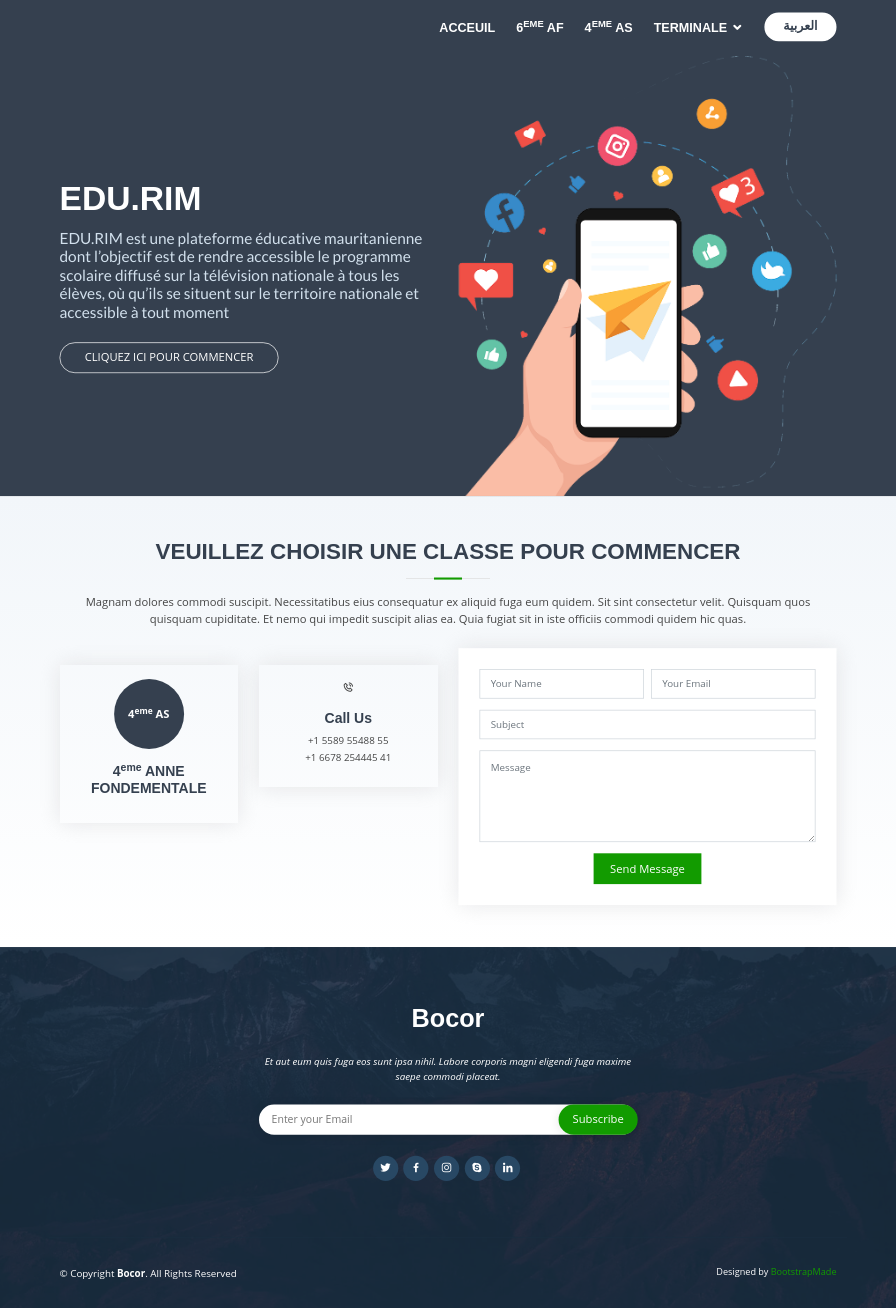
Repository: athiemohamed/courat
Page: http://localhost/
These files come from the project's save history. The page is drawn as it stood at one moment and after the next save; the edit follows.
The browser window is 1280 px wide. The pictures show the whole page, at 70% of full size.
Some web fonts or font styles are not loaded; a fallback is used. The page is run by PHP 8.4 with error messages shown; the project is at /var/www/html/. Other server files are loaded and not shown.

Above is the page before, as saved 2020-03-26 13:19:57.

### assets/css/style.css
/*--------------------------------------------------------------
# General
--------------------------------------------------------------*/
body {
  font-family: "Open Sans", sans-serif;
  color: #444444;
}

a {
  color: #129b00;
}

a:hover {
  color: #129b00;
  text-decoration: none;
}

h1, h2, h3, h4, h5, h6 {
  font-family: "Raleway", sans-serif;
}

/*--------------------------------------------------------------
# Back to top button
--------------------------------------------------------------*/
.back-to-top {
  position: fixed;
  display: none;
  width: 40px;
  height: 40px;
  border-radius: 50px;
  right: 15px;
  bottom: 15px;
  background: #129b00;
  color: #fff;
  transition: display 0.5s ease-in-out;
  z-index: 99999;
  transition: all ease-in-out 0.3s;
}

.back-to-top i {
  font-size: 24px;
  position: absolute;
  top: 8px;
  left: 8px;
}

.back-to-top:hover {
  color: #fff;
  background: #129b00;
}

/*--------------------------------------------------------------
# Header
--------------------------------------------------------------*/
#header {
  height: 80px;
  transition: all 0.5s;
  z-index: 997;
  transition: all 0.5s;
  padding: 16px 0;
  background: #35404f;
}

#header .logo h1 {
  font-size: 24px;
  margin: 0;
  padding: 10px 0;
  line-height: 1;
  font-weight: 700;
  letter-spacing: 3px;
  text-transform: uppercase;
  font-family: "Poppins", sans-serif;
}

#header .logo h1 a, #header .logo h1 a:hover {
  color: #fff;
  text-decoration: none;
}

#header .logo h1 a span, #header .logo h1 a:hover span {
  color: #129b00;
}

#header .logo img {
  padding: 0;
  margin: 0;
  max-height: 40px;
}

/*--------------------------------------------------------------
# Navigation Menu
--------------------------------------------------------------*/
/* Desktop Navigation */
.nav-menu, .nav-menu * {
  margin: 0;
  padding: 0;
  list-style: none;
}

.nav-menu > ul > li {
  position: relative;
  white-space: nowrap;
  float: left;
}

.nav-menu ul {
  border-radius: 6px;
}

.nav-menu a {
  display: block;
  position: relative;
  color: #fff;
  font-weight: bold;
  padding: 10px 15px;
  transition: 0.3s;
  font-size: 18px;
  font-family: 'Cairo', sans-serif;
  font-weight: bold;
}

.nav-menu a:hover, .nav-menu .active > a, .nav-menu li:hover > a {
  color: #fff;
  text-decoration: none;
}

.nav-menu .get-started a {
  background: #fff;
  font-size: 18px;
  font-family: 'Cairo', sans-serif;
  color: #35404f;
  border-radius: 50px;
  margin: 2px 0 0 15px;
  padding: 4px 25px 6px 25px;
  border: 2px solid #fff;
}

.nav-menu .get-started a:hover {
  background: #35404f;
  color: #fff;
  border: 1px solid #fff;
}

.nav-menu .drop-down ul {
  display: block;
  position: absolute;
  left: 0;
  top: calc(100% - 30px);
  z-index: 99;
  opacity: 0;
  visibility: hidden;
  padding: 10px 0;
  background: #fff;
  box-shadow: 0px 0px 30px rgba(127, 137, 161, 0.25);
  transition: ease all 0.3s;
}

.nav-menu .drop-down:hover > ul {
  opacity: 1;
  top: 100%;
  visibility: visible;
}

.nav-menu .drop-down li {
  min-width: 180px;
  position: relative;
}

.nav-menu .drop-down ul a {
  padding: 10px 20px;
  font-size: 14px;
  font-weight: 500;
  text-transform: none;
  color: #35404f;
}

.nav-menu .drop-down ul a:hover, .nav-menu .drop-down ul .active > a, .nav-menu .drop-down ul li:hover > a {
  color: #129b00;
}

.nav-menu .drop-down > a:after {
  content: "\ea99";
  font-family: IcoFont;
  padding-left: 5px;
}

.nav-menu .drop-down .drop-down ul {
  top: 0;
  left: calc(100% - 30px);
}

.nav-menu .drop-down .drop-down:hover > ul {
  opacity: 1;
  top: 0;
  left: 100%;
}

.nav-menu .drop-down .drop-down > a {
  padding-right: 35px;
}

.nav-menu .drop-down .drop-down > a:after {
  content: "\eaa0";
  font-family: IcoFont;
  position: absolute;
  right: 15px;
}

@media (max-width: 1366px) {
  .nav-menu .drop-down .drop-down ul {
    left: -90%;
  }
  .nav-menu .drop-down .drop-down:hover > ul {
    left: -100%;
  }
  .nav-menu .drop-down .drop-down > a:after {
    content: "\ea9d";
  }
}

/* Mobile Navigation */
.mobile-nav-toggle {
  position: fixed;
  right: 15px;
  top: 15px;
  z-index: 9998;
  border: 0;
  background: none;
  font-size: 24px;
  transition: all 0.4s;
  outline: none !important;
  line-height: 1;
  cursor: pointer;
  text-align: right;
}

.mobile-nav-toggle i {
  color: #fff;
}

.mobile-nav {
  position: fixed;
  top: 55px;
  right: 15px;
  bottom: 15px;
  left: 15px;
  z-index: 9999;
  overflow-y: auto;
  background: #fff;
  transition: ease-in-out 0.2s;
  opacity: 0;
  visibility: hidden;
  border-radius: 10px;
  padding: 10px 0;
}

.mobile-nav * {
  margin: 0;
  padding: 0;
  list-style: none;
}

.mobile-nav a {
  display: block;
  position: relative;
  color: #35404f;
  text-align: center;
  font-family: 'Cairo', sans-serif;
  font-weight: bold;
  padding: 10px 20px;
  outline: none;
  transition: 0.3s;
}

.mobile-nav a:hover, .mobile-nav .active > a, .mobile-nav li:hover > a {
  color: #129b00;
  text-decoration: none;
}

.mobile-nav .drop-down > a:after {
  content: "\ea99";
  font-family: IcoFont;
  padding-left: 10px;
  position: absolute;
  right: 15px;
}

.mobile-nav .active.drop-down > a:after {
  content: "\eaa1";
}

.mobile-nav .drop-down > a {
  text-align: center;
  font-family: 'Cairo', sans-serif;
  font-weight: bold;
}

.mobile-nav .drop-down ul {
  display: none;
  overflow: hidden;
}

.mobile-nav .drop-down li {
  text-align: center;
  font-family: 'Cairo', sans-serif;
}

.mobile-nav .get-started a {
  background: #35404f;
  color: #fff;
  font-family: 'Cairo', sans-serif;
  border-radius: 50px;
  margin: 15px;
  padding: 8px 25px 10px 25px;
  text-align: center;
}

.mobile-nav .get-started a:hover {
  background: #fff;
  color: #35404f;
  border: 1px solid #35404f;
}

.mobile-nav-overly {
  width: 100%;
  height: 100%;
  z-index: 9997;
  top: 0;
  left: 0;
  position: fixed;
  background: rgba(18, 33, 46, 0.6);
  overflow: hidden;
  display: none;
  transition: ease-in-out 0.2s;
}

.mobile-nav-active {
  overflow: hidden;
}

.mobile-nav-active .mobile-nav {
  opacity: 1;
  visibility: visible;
}

.mobile-nav-active .mobile-nav-toggle i {
  color: #fff;
}

/*--------------------------------------------------------------
# Hero Section
--------------------------------------------------------------*/
#hero {
  width: 100%;
  padding: 0 0 0 0;
  background: #35404f;
  background: linear-gradient(180deg, #35404f 0%, #35404f 35%, #35404f 100%);
}

#hero h1 {
  margin: 0 0 15px 0;
  font-size: 48px;
  font-weight: 700;
  line-height: 56px;
  color: #fff;
  font-family: "Cairo", sans-serif;
}

#hero h2 {
  font-family: 'Lato', sans-serif;
  color: #d2e0ed;
  margin-bottom: 30px;
  font-size: 22px;
}

#hero .btn-get-started {
  color: #fff;
  border-radius: 50px;
  padding: 8px 35px 10px 35px;
  border: 1px solid #fff;
  transition: all ease-in-out 0.3s;
  display: inline-block;
  background: #35404f;
}

#hero .btn-get-started:hover {
  background: #fff;
  color: #35404f;
}

@media (max-width: 991px) {
  #hero .hero-img {
    text-align: center;
  }
  #hero .hero-img img {
    width: 50%;
  }
}

@media (max-width: 768px) {
  #hero {
    -moz-text-align-last: center;
    text-align-last: center;
  }
  #hero h1 {
    font-size: 28px;
    line-height: 36px;
  }
  #hero h2 {
    font-size: 18px;
    line-height: 24px;
    margin-bottom: 30px;
  }
  #hero .hero-img img {
    width: 70%;
  }
}

@media (max-width: 575px) {
  #hero .hero-img img {
    width: 80%;
  }
}

/*--------------------------------------------------------------
# Sections General
--------------------------------------------------------------*/
section {
  padding: 60px 0;
  overflow: hidden;
}

.section-bg {
  background: linear-gradient(180deg, #f2f6fa 0%, #fff 100%);
}

.section-title {
  text-align: center;
  padding-bottom: 30px;
}

.section-title h2 {
  font-size: 32px;
  font-weight: 600;
  text-transform: uppercase;
  margin-bottom: 20px;
  padding-bottom: 20px;
  position: relative;
  font-family: "Poppins", sans-serif;
  color: #35404f;
}

.section-title h2::before {
  content: '';
  position: absolute;
  display: block;
  width: 120px;
  height: 1px;
  background: #ddd;
  bottom: 1px;
  left: calc(50% - 60px);
}

.section-title h2::after {
  content: '';
  position: absolute;
  display: block;
  width: 40px;
  height: 3px;
  background: #129b00;
  bottom: 0;
  left: calc(50% - 20px);
}

.section-title p {
  margin-bottom: 0;
}

/*--------------------------------------------------------------
# Clients
--------------------------------------------------------------*/
.clients {
  padding: 0;
}

.clients .client-logo {
  display: flex;
  justify-content: center;
  align-items: center;
  overflow: hidden;
  height: 120px;
}

.clients .client-logo img {
  height: 40px;
}

.clients .client-logo:hover img {
  transform: scale(1.2);
}

.clients img {
  transition: all 0.4s ease-in-out;
}

/*--------------------------------------------------------------
# About
--------------------------------------------------------------*/
.about .content {
  padding: 30px 0;
}

.about .content h3 {
  font-weight: 700;
  font-size: 34px;
  color: #35404f;
}

.about .content p {
  margin-bottom: 0;
}

.about .content .icon-box {
  margin-top: 25px;
}

.about .content .icon-box h4 {
  font-size: 20px;
  font-weight: 700;
  margin: 5px 0 10px 60px;
  color: #35404f;
}

.about .content .icon-box h4 a {
  color: #35404f;
  transition: 0.3s;
}

.about .content .icon-box h4 a:hover {
  color: #129b00;
}

.about .content .icon-box i {
  font-size: 48px;
  float: left;
  color: #129b00;
}

.about .content .icon-box p {
  font-size: 15px;
  color: #848484;
  margin-left: 60px;
}

.about .image {
  background: url("../img/about.jpg") center center no-repeat;
  background-size: cover;
  min-height: 400px;
}

@media (max-width: 667px) {
  .about .image img {
    max-width: 100%;
  }
}

/*--------------------------------------------------------------
# Services
--------------------------------------------------------------*/
.services {
  padding-bottom: 40px;
}

.services .card {
  border: 0;
  padding: 0 30px;
  margin-bottom: 60px;
  position: relative;
  background: transparent;
}

.services .card-img {
  width: calc(100% + 60px);
  margin-left: -30px;
  overflow: hidden;
  z-index: 9;
  border-radius: 0;
}

.services .card-img img {
  max-width: 100%;
  transition: all 0.3s ease-in-out;
}

.services .card-body {
  z-index: 10;
  background: #fff;
  border-top: 4px solid #fff;
  padding: 30px;
  box-shadow: 0px 2px 15px rgba(0, 0, 0, 0.1);
  margin-top: -60px;
  transition: 0.3s;
}

.services .card-title {
  font-weight: 700;
  text-align: center;
  margin-bottom: 20px;
}

.services .card-title a {
  color: #35404f;
  transition: 0.3s;
}

.services .card-text {
  color: #5e5e5e;
}

.services .read-more a {
  color: #777777;
  text-transform: uppercase;
  font-weight: 600;
  font-size: 12px;
  transition: 0.3s;
}

.services .read-more a:hover {
  color: #129b00;
}

.services .card:hover img {
  transform: scale(1.1);
}

.services .card:hover .card-body {
  border-color: #129b00;
}

.services .card:hover .card-body .card-title a {
  color: #129b00;
}

/*--------------------------------------------------------------
# Features
--------------------------------------------------------------*/
.features .content + .content {
  margin-top: 100px;
}

.features .content h3 {
  font-weight: 700;
  font-size: 26px;
  color: #35404f;
}

.features .content ul {
  list-style: none;
  padding: 0;
}

.features .content ul li {
  padding-bottom: 10px;
}

.features .content ul i {
  font-size: 20px;
  padding-right: 4px;
  color: #129b00;
}

.features .content p:last-child {
  margin-bottom: 0;
}

/*--------------------------------------------------------------
# Portfolio
--------------------------------------------------------------*/
.portfolio .portfolio-item {
  margin-bottom: 30px;
}

.portfolio #portfolio-flters {
  padding: 0;
  margin: 0 0 35px 0;
  list-style: none;
  text-align: center;
}

.portfolio #portfolio-flters li {
  cursor: pointer;
  margin: 0 5px 5px 0;
  display: inline-block;
  padding: 10px 15px;
  font-size: 16px;
  font-weight: 600;
  line-height: 20px;
  color: #444444;
  margin-bottom: 5px;
  transition: all 0.3s ease-in-out;
}

.portfolio #portfolio-flters li:hover, .portfolio #portfolio-flters li.filter-active {
  color: #129b00;
}

.portfolio #portfolio-flters li:last-child {
  margin-right: 0;
}

.portfolio .portfolio-wrap {
  transition: 0.3s;
  position: relative;
  overflow: hidden;
  border-radius: 8px;
  z-index: 1;
}

.portfolio .portfolio-wrap::before {
  content: "";
  background: rgba(33, 59, 82, 0.6);
  position: absolute;
  left: 100%;
  right: 0;
  top: 0;
  bottom: 0;
  transition: all ease-in-out 0.3s;
  z-index: 2;
}

.portfolio .portfolio-wrap img {
  transition: 0.3s;
}

.portfolio .portfolio-wrap .portfolio-links {
  opacity: 0;
  left: 0;
  right: 0;
  top: calc(50% - 36px);
  text-align: center;
  z-index: 3;
  position: absolute;
  transition: all ease-in-out 0.3s;
}

.portfolio .portfolio-wrap .portfolio-links a {
  color: #129b00;
  font-size: 24px;
  line-height: 1;
  text-align: center;
  width: 36px;
  height: 36px;
  display: inline-block;
  transition: 0.3s;
}

.portfolio .portfolio-wrap .portfolio-links a:hover {
  color: #fff;
}

.portfolio .portfolio-wrap .portfolio-info {
  opacity: 0;
  position: absolute;
  bottom: -20px;
  left: 0;
  right: 0;
  text-align: center;
  z-index: 3;
  transition: all ease-in-out 0.3s;
}

.portfolio .portfolio-wrap .portfolio-info h4 {
  font-size: 20px;
  color: #fff;
  font-weight: 600;
}

.portfolio .portfolio-wrap .portfolio-info p {
  color: #ffffff;
  font-size: 14px;
  text-transform: uppercase;
}

.portfolio .portfolio-wrap:hover::before {
  left: 0;
}

.portfolio .portfolio-wrap:hover .portfolio-links {
  opacity: 1;
  top: calc(50% - 18px);
}

.portfolio .portfolio-wrap:hover .portfolio-info {
  opacity: 1;
  bottom: 0;
}

/*--------------------------------------------------------------
# Team
--------------------------------------------------------------*/
.team .member {
  text-align: center;
  margin-bottom: 20px;
}

.team .member .pic {
  margin-bottom: 15px;
  overflow: hidden;
  min-height: 260px;
}

.team .member .pic img {
  max-width: 100%;
}

.team .member h4 {
  font-weight: 700;
  margin-bottom: 2px;
  font-size: 18px;
  color: #35404f;
}

.team .member span {
  font-style: italic;
  display: block;
  font-size: 13px;
}

.team .member .social {
  margin-top: 15px;
}

.team .member .social a {
  color: #5289ba;
  transition: 0.3s;
}

.team .member .social a:hover {
  color: #129b00;
}

.team .member .social i {
  font-size: 18px;
  margin: 0 2px;
}

/*--------------------------------------------------------------
# Pricing
--------------------------------------------------------------*/
.pricing .row {
  padding-top: 40px;
}

.pricing .box {
  padding: 40px;
  margin-bottom: 30px;
  box-shadow: 0px 0px 30px rgba(73, 78, 92, 0.15);
  background: #fff;
  text-align: center;
  position: relative;
}

.pricing .featured-badge {
  display: inline-block;
  position: absolute;
  top: -11px;
  left: calc(50% - 49px);
  background: #129b00;
  color: #fff;
  text-align: center;
  line-height: 1;
  border-radius: 50px;
  padding: 4px 20px 5px 20px;
  font-size: 12px;
  text-transform: uppercase;
}

.pricing h3 {
  font-weight: 300;
  margin-bottom: 15px;
  font-size: 28px;
}

.pricing h4 {
  font-size: 46px;
  color: #129b00;
  font-weight: 400;
  font-family: "Open Sans", sans-serif;
  margin-bottom: 25px;
}

.pricing h4 span {
  color: #bababa;
  font-size: 18px;
  display: block;
}

.pricing ul {
  padding: 0;
  list-style: none;
  color: #999;
  text-align: left;
  line-height: 20px;
}

.pricing ul li {
  padding-bottom: 12px;
}

.pricing ul i {
  color: #129b00;
  font-size: 18px;
  padding-right: 4px;
}

.pricing ul .na {
  color: #ccc;
}

.pricing ul .na i {
  color: #ccc;
}

.pricing ul .na span {
  text-decoration: line-through;
}

.pricing .get-started-btn {
  background: #35404f;
  display: inline-block;
  padding: 6px 30px;
  border-radius: 20px;
  color: #fff;
  transition: none;
  font-size: 14px;
  font-weight: 400;
  font-family: "Raleway", sans-serif;
  transition: 0.3s;
}

.pricing .get-started-btn:hover {
  background: #129b00;
}

.pricing .featured {
  z-index: 10;
  margin: -30px -5px 0 -5px;
  border: 1px solid #129b00;
}

.pricing .featured .get-started-btn {
  background: #129b00;
}

.pricing .featured .get-started-btn:hover {
  background: #fdcd5c;
}

@media (max-width: 992px) {
  .pricing .box {
    max-width: 60%;
    margin: 0 auto 30px auto;
  }
}

@media (max-width: 767px) {
  .pricing .box {
    max-width: 80%;
    margin: 0 auto 30px auto;
  }
}

@media (max-width: 420px) {
  .pricing .box {
    max-width: 100%;
    margin: 0 auto 30px auto;
  }
}

/*--------------------------------------------------------------
# Frequently Asked Questions
--------------------------------------------------------------*/
.faq .faq-item {
  margin: 20px 0;
  padding: 20px 0;
  border-bottom: 1px solid #dde8f1;
}

.faq .faq-item i {
  color: #9bbbd7;
  font-size: 20px;
  float: left;
  line-height: 0;
  padding: 13px 0 0 0;
  margin: 0;
}

.faq .faq-item h4 {
  font-size: 16px;
  line-height: 26px;
  font-weight: 500;
  margin: 0 0 10px 28px;
  font-family: "Poppins", sans-serif;
}

.faq .faq-item p {
  font-size: 15px;
}

/*--------------------------------------------------------------
# Contact
--------------------------------------------------------------*/
.contact .info-box {
  color: #444444;
  text-align: center;
  box-shadow: 0 0 30px rgba(214, 215, 216, 0.6);rgba(53, 64, 79, 0.6);
  padding: 20px 0 30px 0;
  background: ##35404f;
}


.contact .circle-badge {
  height: 100px;
  width: 100px;
  line-height:100px;
  text-align: center;
  border-radius: 50px;
  background: #35404f;
  color:white;
  margin-left:auto;
  margin-right:auto;
}

.contact .info-box h3 {
  font-size: 20px;
  color: #35404f;
  font-family: 'Cairo',sans-serif;
  font-weight: bold;
  padding-left: 10px;
  padding-right: 10px;
  margin-top: 20px;
}

.contact .info-box p {
  padding: 0;
  line-height: 24px;
  font-size: 14px;
  margin-bottom: 0;
}

.contact .php-email-form {
  box-shadow: 0 0 30px rgba(214, 215, 216, 0.6);
  padding: 30px;
  background: #fff;
}

.contact .php-email-form .validate {
  display: none;
  color: red;
  margin: 0 0 15px 0;
  font-weight: 400;
  font-size: 13px;
}

.contact .php-email-form .error-message {
  display: none;
  color: #fff;
  background: #ed3c0d;
  text-align: center;
  padding: 15px;
  font-weight: 600;
}

.contact .php-email-form .sent-message {
  display: none;
  color: #fff;
  background: #18d26e;
  text-align: center;
  padding: 15px;
  font-weight: 600;
}

.contact .php-email-form .loading {
  display: none;
  background: #fff;
  text-align: center;
  padding: 15px;
}

.contact .php-email-form .loading:before {
  content: "";
  display: inline-block;
  border-radius: 50%;
  width: 24px;
  height: 24px;
  margin: 0 10px -6px 0;
  border: 3px solid #18d26e;
  border-top-color: #eee;
  -webkit-animation: animate-loading 1s linear infinite;
  animation: animate-loading 1s linear infinite;
}

.contact .php-email-form input, .contact .php-email-form textarea {
  border-radius: 0;
  box-shadow: none;
  font-size: 14px;
}

.contact .php-email-form input::focus, .contact .php-email-form textarea::focus {
  background-color: #129b00;
}

.contact .php-email-form input {
  padding: 20px 15px;
}

.contact .php-email-form textarea {
  padding: 12px 15px;
}

.contact .php-email-form button[type="submit"] {
  background: #129b00;
  border: 0;
  padding: 10px 24px;
  color: #fff;
  transition: 0.4s;
}

.contact .php-email-form button[type="submit"]:hover {
  background: #fdd067;
}

@-webkit-keyframes animate-loading {
  0% {
    transform: rotate(0deg);
  }
  100% {
    transform: rotate(360deg);
  }
}

@keyframes animate-loading {
  0% {
    transform: rotate(0deg);
  }
  100% {
    transform: rotate(360deg);
  }
}

/*--------------------------------------------------------------
# Footer
--------------------------------------------------------------*/
#footer {
  background: url("../img/footer-bg.jpg") center center no-repeat;
  color: #fff;
  font-size: 14px;
  position: relative;
}

#footer::before {
  content: "";
  position: absolute;
  left: 0;
  right: 0;
  top: 0;
  bottom: 0;
  background: rgba(26, 46, 64, 0.85);
  z-index: 1;
}

#footer .footer-top {
  position: relative;
  z-index: 2;
  text-align: center;
  padding: 80px 0;
}

#footer .footer-top h3 {
  font-size: 36px;
  font-weight: 700;
  color: #fff;
  position: relative;
  font-family: "Poppins", sans-serif;
  padding-bottom: 0;
  margin-bottom: 0;
}

#footer .footer-top p {
  font-size: 15;
  font-style: italic;
  margin: 30px 0 0 0;
  padding: 0;
}

#footer .footer-top .footer-newsletter {
  text-align: center;
  font-size: 15px;
  margin-top: 30px;
}

#footer .footer-top .footer-newsletter form {
  background: #fff;
  padding: 6px 10px;
  position: relative;
  border-radius: 50px;
  box-shadow: 0px 2px 15px rgba(0, 0, 0, 0.1);
  text-align: left;
}

#footer .footer-top .footer-newsletter form input[type="email"] {
  border: 0;
  padding: 4px 8px;
  width: calc(100% - 100px);
}

#footer .footer-top .footer-newsletter form input[type="submit"] {
  position: absolute;
  top: 0;
  right: -1px;
  bottom: 0;
  border: 0;
  background: none;
  font-size: 16px;
  padding: 0 20px;
  background: #129b00;
  color: #fff;
  transition: 0.3s;
  border-radius: 50px;
  box-shadow: 0px 2px 15px rgba(0, 0, 0, 0.1);
}

#footer .footer-top .footer-newsletter form input[type="submit"]:hover {
  background: #fcb102;
}

#footer .footer-top .social-links {
  margin-top: 30px;
}

#footer .footer-top .social-links a {
  font-size: 18px;
  display: inline-block;
  background: #284864;
  color: #fff;
  line-height: 1;
  padding: 8px 0;
  margin-right: 4px;
  border-radius: 50%;
  text-align: center;
  width: 36px;
  height: 36px;
  transition: 0.3s;
}

#footer .footer-top .social-links a:hover {
  background: #fcb102;
  color: #fff;
  text-decoration: none;
}

#footer .footer-bottom {
  border-top: 1px solid #1a2e40;
  z-index: 2;
  position: relative;
  padding-top: 40px;
  padding-bottom: 40px;
}

#footer .copyright {
  text-align: center;
  float: left;
}

#footer .credits {
  float: right;
  text-align: center;
  font-size: 13px;
}

@media (max-width: 768px) {
  #footer .copyright, #footer .credits {
    padding: 5px;
    float: none;
    text-align: ceneter;
  }
}









/* CUSTOM */
.rounded-number {
  border-radius: 50%;
  behavior: url(PIE.htc); /* remove if you don't care about IE8 */
  width: 36px;
  height: 36px;
  padding: 8px;
  background: #fff;
  border: 2px solid black;
  color: black;
  text-align: center;
  font: 32px Arial, sans-serif;
  display: inline-block;
}

Loaded but not shown: assets/js/main.js (117 lines, source omitted); index.php (274 lines, source omitted)

After the next save:
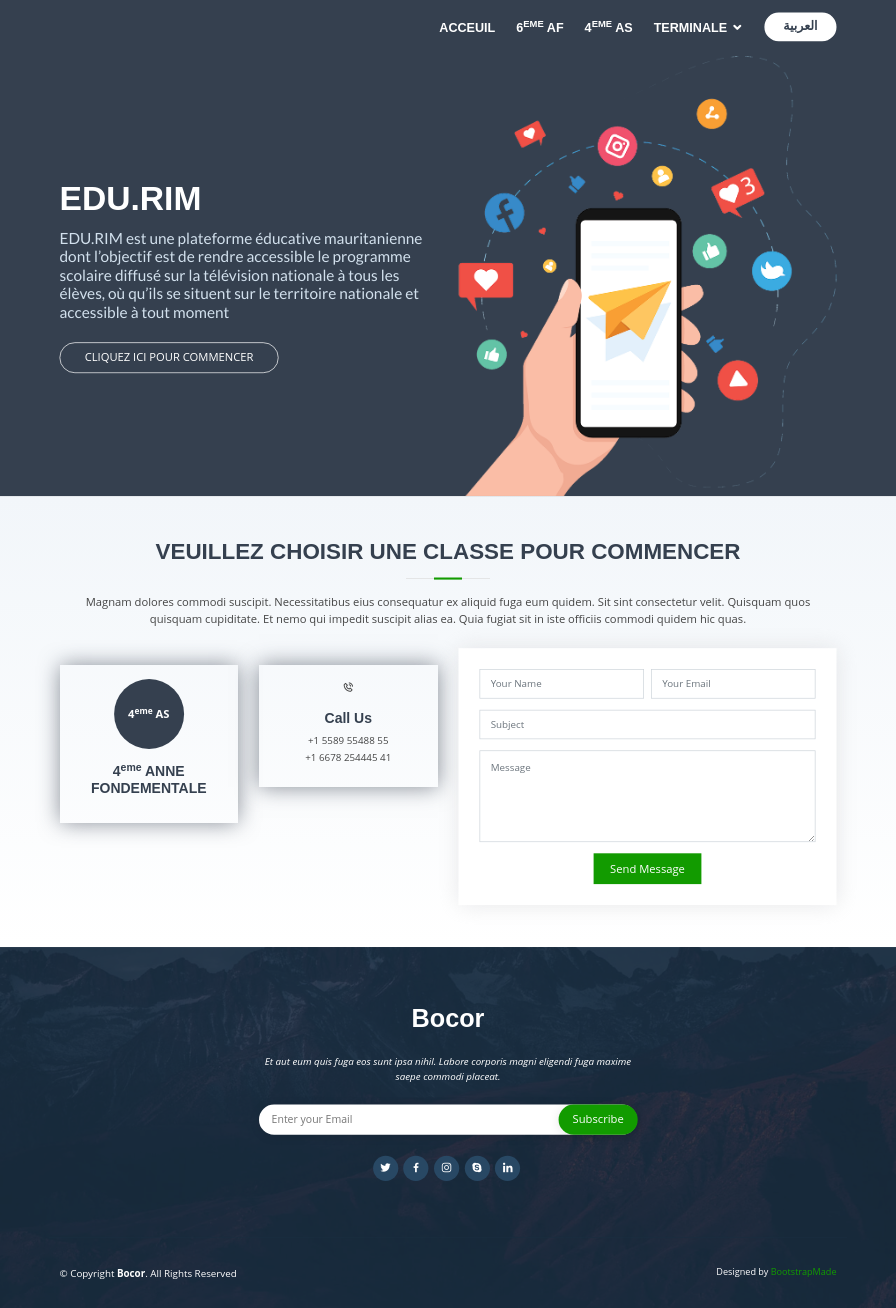
Saved 5 s later.
--- a/assets/css/style.css
+++ b/assets/css/style.css
@@ -1013,7 +1013,7 @@ section {
 .contact .info-box {
   color: #444444;
   text-align: center;
-  box-shadow: 0 0 30px rgba(214, 215, 216, 0.6);rgba(53, 64, 79, 0.6);
+  box-shadow: 0 0 30px rgba(53, 64, 79, 0.6);
   padding: 20px 0 30px 0;
   background: ##35404f;
 }
